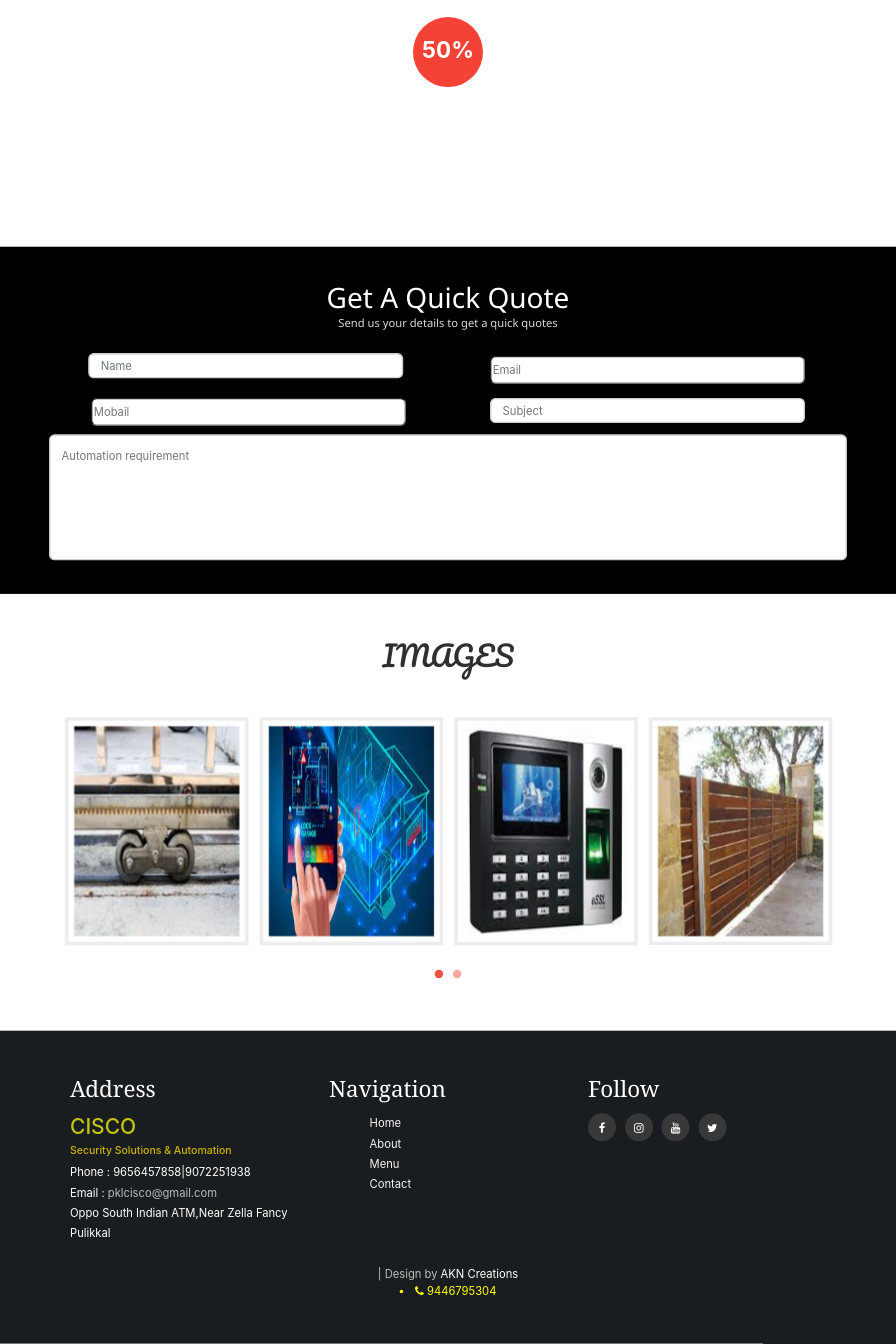
Repository: Nuhman123/Cisco
Page: index.html
These files come from the project's save history. The page is drawn as it stood at one moment and after a run of saves; the edit follows.
The browser window is 1280 px wide. The pictures show the part of the page from y = 2068 to 3988 px (the page is 3988 px tall before and 3954 px after), at 70% of full size.

Above is the page before, as saved 2021-04-10 16:49:03.

### index.html
<!--A Design by W3layouts
Author: W3layout
Author URL: http://w3layouts.com
License: Creative Commons Attribution 3.0 Unported
License URL: http://creativecommons.org/licenses/by/3.0/
-->
<!DOCTYPE html>
<html lang="en">
<head>
<title>CISCO security solutions & automation</title>
<meta name="viewport" content="width=device-width, initial-scale=1">
<meta http-equiv="Content-Type" content="text/html; charset=utf-8" />
<meta name="keywords" content="Royal Recipes Responsive web template, Bootstrap Web Templates, Flat Web Templates, Android Compatible web template,
Smartphone Compatible web template, free webdesigns for Nokia, Samsung, LG, SonyEricsson, Motorola web design" />
<script type="application/x-javascript"> addEventListener("load", function() { setTimeout(hideURLbar, 0); }, false); function hideURLbar(){ window.scrollTo(0,1); } </script>
<!-- bootstrap-css -->
<link href="css/bootstrap.css" rel="stylesheet" type="text/css" media="all" />
<!--// bootstrap-css -->
<!-- css -->
<link rel="stylesheet" href="css/style.css" type="text/css" media="all" />
<!--// css -->
<link rel="stylesheet" href="css/owl.carousel.css" type="text/css" media="all">
<link href="css/owl.theme.css" rel="stylesheet">
<!-- font-awesome icons -->
<link href="css/font-awesome.css" rel="stylesheet">
<!-- //font-awesome icons -->
<!-- font -->
<link href='//fonts.googleapis.com/css?family=Pacifico' rel='stylesheet' type='text/css'>
<link href='//fonts.googleapis.com/css?family=Open+Sans+Condensed:300,300italic,700' rel='stylesheet' type='text/css'>
<!-- //font -->
<script src="js/jquery-1.11.1.min.js"></script>
<script src="js/bootstrap.js"></script>
<script src="https://maxcdn.bootstrapcdn.com/bootstrap/4.0.0/js/bootstrap.min.js" integrity="sha384-JZR6Spejh4U02d8jOt6vLEHfe/JQGiRRSQQxSfFWpi1MquVdAyjUar5+76PVCmYl" crossorigin="anonymous"></script>
<link rel="stylesheet" href="https://maxcdn.bootstrapcdn.com/bootstrap/4.0.0/css/bootstrap.min.css" integrity="sha384-Gn5384xqQ1aoWXA+058RXPxPg6fy4IWvTNh0E263XmFcJlSAwiGgFAW/dAiS6JXm" crossorigin="anonymous">
<!-- light-box -->
<link rel="stylesheet" href="css/lightbox.css">
<!-- //light-box -->
<script src="js/SmoothScroll.min.js"></script>
<!--search jQuery-->
<script src="js/main.js"></script>
<!--//search jQuery-->
<script type="text/javascript">
	jQuery(document).ready(function($) {
		$(".scroll").click(function(event){
			event.preventDefault();
			$('html,body').animate({scrollTop:$(this.hash).offset().top},1000);
		});
	});
</script>

<script>
$(document).ready(function() {
	$("#owl-demo").owlCarousel({

		autoPlay: 3000, //Set AutoPlay to 3 seconds
		autoPlay:true,
		items : 4,
		itemsDesktop : [640,5],
		itemsDesktopSmall : [414,4]

	});

});
</script>
</head>
<body>
	<header class="header-1">
		<div class="container">
			<div class="row">
		<div class="col-xs-3">
			<img src="images/csc0log.png">
		</div>
		<div class="col-xs-5">
			<h1>CISCO</h1>
			<p>Security Solutions & Automation</p>
		</div>
		<div class="col-xs-4">
		<nav class="navbar navbar-expand-lg navbar-light">
			<button style="background-color:white;margin-top: 18px;" class="navbar-toggler" type="button" data-toggle="collapse" data-target="#navbarNavAltMarkup" aria-controls="navbarNavAltMarkup" aria-expanded="false" aria-label="Toggle navigation">
			  <span class="navbar-toggler-icon"></span>
			</button>
			<div class="collapse navbar-collapse" id="navbarNavAltMarkup" style="background-color: rgb(5, 7, 6);margin-top: 17px;">
			  <div class="navbar-nav text-center">
				<a class="nav-item nav-link active" href="index.html" style="color: white;">Home <span class="sr-only">(current)</span></a>
				<a class="nav-item nav-link" href="#services" style="color: white;">Services</a>
				<a class="nav-item nav-link" href="menu.html" style="color: white;z-index: 10;">Menu</a>
				<a class="nav-item nav-link" href="about.html" style="color: white;z-index: 10;">About</a>
				<a class="nav-item nav-link" href="contact.html" style="color: white;z-index: 10;">Condact</a>
			  </div>
			</div>
		  </nav>
		</div>
			</div>
		</div>
	</header>
	<!-- banner -->
	<div class="banner">
		<div class="header">
			<div class="container">
				<div class="logo">

				</div>
				<div class="clearfix"> </div>
			</div>
		</div>
		<div class="banner-slider">
			<div class="container">
				<div class="slider">
					<div class="callbacks_container">
						<ul class="rslides callbacks callbacks1" id="slider4">
							<li>
								<div class="agileits-banner-info">
									<img src="images/csc0log.png">
									<h3>CISCO</h3>
									<h5>Security Solutions & Automation</h5>
									<p>CCTV Installation,EPBAX,Home Automation,Automatic Gate,Video Door Phone,Access Control System,Security Alarm System,Solar System,Biometric AttendanceSystem</p>
									<a href="#services">Services</a>

								</div>
							</li>
							<li>
								<div class="agileits-banner-info">
									<h3>CCTV<br> Installation</h3>
									<p>CCTV Installation,EPBAX,Home Automation,Automatic Gate,Video Door Phone,Access Control System,Security Alarm System,Solar System,Biometric AttendanceSystem</p>
									<a href="#services">Services</a>

								</div>
							</li>
							<li>
								<div class="agileits-banner-info">
									<img src="images/csc0log.png">
									<h3>CISCO</h3>
									<p>CCTV Installation,EPBAX,Home Automation,Automatic Gate,Video Door Phone,Access Control System,Security Alarm System,Solar System,Biometric AttendanceSystem</p>
									<a href="#services">Services</a>
								</div>
							</li>
						</ul>
						<div class="social text-center">
							<ul>
								<li><a href="https://www.facebook.com/cisco_security_solutions-101064504984043/"><i class="fa fa-facebook"></i></a></li>
								<li><a href="https://www.instagram.com/cisco_security_solutions?r=nametag"><i class="fa fa-instagram"></i></a></li>
								<li><a href="https://youtube.com/channel/UCSI_CHHL5nW7fggODaksUw"><i class="fa fa-youtube"></i></a></li>
								<li><a href="https://twitter.com"><i class="fa fa-twitter"></i></a></li>
							</ul>
						</div>
					</div>
					<script src="js/responsiveslides.min.js"></script>
					<script>
						// You can also use "$(window).load(function() {"
						$(function () {
						  // Slideshow 4
						  $("#slider4").responsiveSlides({
							auto: true,
							pager:true,
							nav:false,
							speed: 500,
							namespace: "callbacks",
							before: function () {
							  $('.events').append("<li>before event fired.</li>");
							},
							after: function () {
							  $('.events').append("<li>after event fired.</li>");
							}
						  });

						});
					 </script>
					<!--banner Slider starts Here-->
				</div>
			</div>
		</div>
	</div>
	<!-- banner -->
	<!-- services -->
	<section class="bg-light p-4 mt-5" id="services">
		<div class="container">
		  <h1 class="services text-center">Our Services</h1>
		  <div class="row">
			<div class="col-lg-4 col-md-6 pt-3">
			  <div class="card text-center">
				<div class="card-body">
				  <h5 class="card-title">CCTV Installation</h5>
				  <p class="card-text">
					CCTV systems may operate continuously or only as required to monitor a particular event. A more advanced form of CCTV, using digital video recorders (DVRs), provides recording for possibly many years, with a variety of quality and performance options and extra features (such as motion detection and email alerts).
					</p>
				</div>
			  </div>
			</div>
			<div class="col-lg-4 col-md-6 pt-3">
			  <div class="card text-center ">

				<div class="card-body">
				  <h5 class="card-title">EPBAX</h5>
				  <p class="card-text">EPABX stands for Electronic Private Automatic Branch Exchange which is a private telephone network used by the organizations and the companies for various types of communication, either between the employees or outside the clients.</p>
				</div>
			  </div>
			</div>
			<div class="col-lg-4 col-md-6 pt-3">
			  <div class="card text-center ">

				<div class="card-body">
				  <h5 class="card-title">Home Automation</h5>
				  <p class="card-text"> home automation system integrates all the electrical devices in the house with each other, it includes centralized control of lighting, HVAC(Heat, ventilation and air conditioning) appliances, security locks and other systems to improve comfort, conveniences, security and energy efficiency.</p>
				</div>
			  </div>
			</div>
			<div class="col-lg-4 col-md-6 pt-3">
			  <div class="card text-center">
				<div class="card-body">
				  <h5 class="card-title">Automatic Gate</h5>
				  <p class="card-text"></p>
				</div>
			  </div>
			</div>
			<div class="col-lg-4 col-md-6  pt-3">
			  <div class="card text-center">
				<div class="card-body">
				  <h5 class="card-title">Video Door Phone</h5>
				  <p class="card-text">video door phone lets you see and communicate with the visitor without being physically present on the door. After knowing the purpose of visit and if required, you can choose to open the door or keep it closed. So, the video door phone is a great system to ensure the safety and security of your family and home.</p>
				</div>
			  </div>
			</div>
			<div class="col-lg-4 col-md-6  pt-3">
			  <div class="card text-center ">
				<div class="card-body">
				  <h5 class="card-title">Access Control System</h5>
				  <p class="card-text"></p>
				</div>
			  </div>
			</div>
			<div class="col-lg-4 col-md-6  pt-3">
				<div class="card text-center ">
				  <div class="card-body">
					<h5 class="card-title">Security Alarm System</h5>
					<p class="card-text"></p>
				  </div>
				</div>
			  </div>
			  <div class="col-lg-4 col-md-6  pt-3">
				<div class="card text-center ">
				  <div class="card-body">
					<h5 class="card-title">Solar System</h5>
					<p class="card-text">The Solar System is made up of all the planets that orbit our Sun. In addition to planets, the Solar System also consists of moons, comets, asteroids, minor planets, dust and gas. The inner solar system contains the Sun, Mercury, Venus, Earth and Mars. ... Everything in the Solar System orbits or revolves around the Sun.</p>
				  </div>
				</div>
			  </div>
			  <div class="col-lg-4 col-md-6  pt-3">
				<div class="card text-center ">
				  <div class="card-body">
					<h5 class="card-title">Biometric Attendance System</h5>
					<p class="card-text"></p>
				  </div>
				</div>
			  </div>
		  </div>
		</div>
	  </section>
	<!-- //services -->
	<!-- offer -->
	<div class="jarallax offer">
		<div class="container">
			<div class="w3l-offer-heading">
				<h3>Today Offers</h3>
			</div>
			<div class="w3ls-offer-slider">
				<div class="slider">
					<div class="callbacks_container">
						<ul class="rslides callbacks callbacks1" id="slider3">
							<li>
								<div class="agileinfo-offer-grid">
									<h4>45<span>%</span></h4>
									<h5>Pork Vindaloo</h5>
									<p>Quisque scelerisque rutrum nunc, eget hendrerit diam porta efficitur. Duis bibendum consequat est, sed efficitur arcu. Morbi viverra, leo sit amet vestibulum dignissim, tortor est dignissim dolor, eu accumsan est urna id felis. </p>
								</div>
							</li>
							<li>
								<div class="agileinfo-offer-grid">
									<h4>50%</h4>
									<h5>Phaal Curry</h5>
									<p>Vestibulum euismod porttitor interdum. Vivamus porta consectetur nulla porttitor hendrerit. Pellentesque ultrices augue ut nibh feugiat, nec egestas orci cursus. Sed vehicula quis erat sed lobortis. Curabitur eleifend sit amet.</p>
								</div>
							</li>
							<li>
								<div class="agileinfo-offer-grid">
									<h4>64%</h4>
									<h5>Laal Maas</h5>
									<p>Aenean volutpat auctor ultrices. Aliquam ac turpis ultrices, porta enim at, interdum velit. Ut ligula justo, sodales eu nisi a, molestie dictum leo. Sed blandit porta ante, at consequat nulla fermentum a. Donec aliquet tristique.</p>
								</div>
							</li>
						</ul>
					</div>
					<script>
						// You can also use "$(window).load(function() {"
						$(function () {
						  // Slideshow 4
						  $("#slider3").responsiveSlides({
							auto: true,
							pager:false,
							nav:false,
							speed: 500,
							namespace: "callbacks",
							before: function () {
							  $('.events').append("<li>before event fired.</li>");
							},
							after: function () {
							  $('.events').append("<li>after event fired.</li>");
							}
						  });

						});
					 </script>
					<!--banner Slider starts Here-->
				</div>
			</div>
			<script src="js/jarallax.js"></script>
		</div>
	</div>
	<!-- //offer -->
	<section class="form-quote">
		<div class="container">
		<div class="contact-form">
			<h3>Get A Quick Quote</h3>
			<p class="" >Send us your details to get a quick quotes</p>
			<form>
				<div class="row"align="center">
					<div class="col-xs-12 col-sm-12 col-lg-6">
						<input type="text" placeholder="Name" class="form-control" style="width: 450px;background: white;height: 30px;border-radius: 8px;">
					</div>
					<div class="col-xs-12 col-sm-12 col-lg-6">
						<input type="email" placeholder="Email" style="width: 450px;background: white;margin: 4px; height: 40px;border-radius: 8px;">
					</div>
					<div class="col-xs-12 col-sm-12 col-md-12 col-lg-6">
						<input type="tel" placeholder="Mobail" style="width: 450px;background: white;margin: 12px; height: 40px;border-radius: 8px;">
					</div>
					<div class="col-xs-12 col-sm-12 col-md-12 col-lg-6">
						<input type="text" placeholder="Subject" style="width: 450px;background: white;margin: 12px; height: 30px;border-radius: 8px;">
					</div>
					<div></div>
					<textarea cols="30" rows="6" style="background: white;border-radius: 8px;" placeholder="Automation requirement"></textarea>

				</div>
			  </form>
		</div>
			</div>
	</section>
	<!-- special -->
	<div class="special">
		<div class="container">
			<div class="wthree-special-heading">
				<h3>IMAGES</h3>
			</div>
			<div class="special-grids">
				<div id="owl-demo" class="owl-carousel owl-theme">
						<div class="item">
							<div class="w3-agileits-special-grid-info">
								<img src="images/289c9c264087cddc084383969cd6e19f.jpg" alt="" />
							</div>
						</div>
						<div class="item">
							<div class="w3-agileits-special-grid-info">
								<img src="images/ghy.jfif" alt="" />

							</div>
						</div>
						<div class="item">
							<div class="w3-agileits-special-grid-info">
								<img src="images/h automations.jfif" alt="" />

							</div>
						</div>
						<div class="item">
							<div class="w3-agileits-special-grid-info">
								<img src="images/bio2.jfif" alt="" />
							</div>
						</div>
						<div class="item">
							<div class="w3-agileits-special-grid-info">
								<img src="images/guf.jfif" alt="" />

							</div>
						</div>
						<div class="item">
							<div class="w3-agileits-special-grid-info">
								<img src="images/epbax.jpeg" alt="" />

							</div>
						</div>
						<div class="item">
							<div class="w3-agileits-special-grid-info">
								<img src="images/h automations.jfif4.jfif" alt="" />

							</div>
						</div>
						<div class="item">
							<div class="w3-agileits-special-grid-info">
								<img src="images/cctv3.jpg" alt="" />

							</div>
						</div>
				</div>
			</div>
		</div>
	</div>
	<!-- //special -->
	<!-- footer -->
	<div class="w3-agile-footer">
		<div class="container">
			<div class="footer-grids">
				<div class="col-md-4 footer-grid">
					<div class="footer-grid-heading">
						<h4>Address</h4>
					</div>
					<div class="footer-grid-info">
						<h1 class="">CISCO</h1>
					<h4 class="">Security Solutions & Automation</h4>
					</di>
					<p class="phone">Phone : 9656457858|9072251938
						<span>Email : <a href="pklcisco@gmail.com">pklcisco@gmail.com</a></span>
					</p>
					<p>Oppo South Indian ATM,Near Zella Fancy 	Pulikkal </p>
				</div>

				</div>
				<div class="col-md-4 footer-grid">
					<div class="footer-grid-heading">
						<h4>Navigation</h4>
					</div>
					<div class="footer-grid-info">
						<ul class="">
							<li><a href="index.html">Home</a></li>
							<li><a href="about.html">About</a></li>
							<li><a href="menu.html">Menu</a></li>
							<li><a href="contact.html">Contact</a></li>
						</ul>
					</div>
				</div>
				<div class="col-md-4 footer-grid">
					<div class="footer-grid-heading">
						<h4>Follow</h4>
					</div>
					<div class="social">
						<ul>
							<li><a href="https://www.facebook.com/cisco_security_solutions-101064504984043/"><i class="fa fa-facebook"></i></a></li>
							<li><a href="https://www.instagram.com/cisco_security_solutions?r=nametag"><i class="fa fa-instagram"></i></a></li>
							<li><a href="https://youtube.com/channel/UCSI_CHHL5nW7fggODaksUw"><i class="fa fa-youtube"></i></a></li>
							<li><a href="https://twitter.com"><i class="fa fa-twitter"></i></a></li>
						</ul>
					</div>
				<div class="clearfix"> </div>
			</div>
		</div>
	</div>
	<div class="agileits-w3layouts-copyright">
		<p>| Design by <a href=""> AKN Creations </a> </p>
		<li style="color: yellow;"><i  class="fa fa-phone" aria-hidden="true"></i> 9446795304</li>
	</div>
	</div>
	<!-- //footer -->
	<script src="js/owl.carousel.js"></script>
	<script type="text/javascript" src="js/move-top.js"></script>
	<script type="text/javascript" src="js/easing.js"></script>
	<!-- here stars scrolling icon -->
	<script type="text/javascript">
		$(document).ready(function() {
			/*
				var defaults = {
				containerID: 'toTop', // fading element id
				containerHoverID: 'toTopHover', // fading element hover id
				scrollSpeed: 1200,
				easingType: 'linear'
				};
			*/

			$().UItoTop({ easingType: 'easeOutQuart' });

			});
	</script>
<!-- //here ends scrolling icon -->
<script type="text/javascript">
			/* init Jarallax */
			$('.jarallax').jarallax({
				speed: 0.5,
				imgWidth: 1366,
				imgHeight: 768
			})
		</script>
</body>
</html>

Loaded but not shown: css/bootstrap.css (library); css/owl.carousel.css (common file); css/owl.theme.css (common file); css/font-awesome.css (library); js/jquery-1.11.1.min.js (library); js/bootstrap.js (library); css/lightbox.css (library); js/SmoothScroll.min.js (library); js/responsiveslides.min.js (library); js/owl.carousel.js (library); js/jarallax.js (433 lines, source omitted); js/easing.js (140 lines, source omitted); js/main.js (100 lines, source omitted); js/move-top.js (5 lines, source omitted); css/style.css (2111 lines, source omitted)

After the next 6 saves:
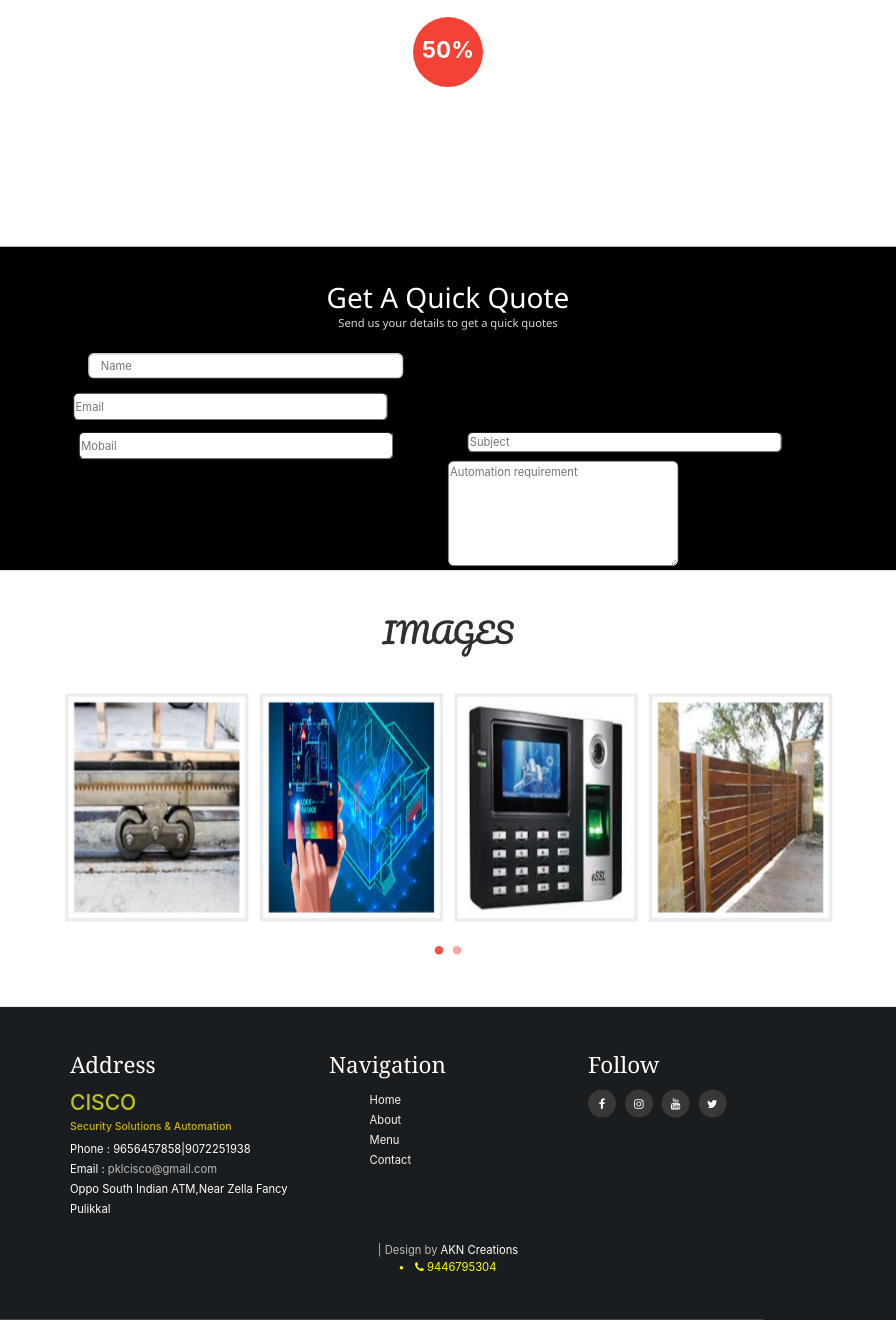
The 6 saves are shown as one change because they came seconds apart.
The last was saved 70 s later.
--- a/index.html
+++ b/index.html
@@ -323,12 +323,14 @@
 			<p class="" >Send us your details to get a quick quotes</p>
 			<form>
 				<div class="row"align="center">
+					<di
 					<div class="col-xs-12 col-sm-12 col-lg-6">
 						<input type="text" placeholder="Name" class="form-control" style="width: 450px;background: white;height: 30px;border-radius: 8px;">
 					</div>
 					<div class="col-xs-12 col-sm-12 col-lg-6">
 						<input type="email" placeholder="Email" style="width: 450px;background: white;margin: 4px; height: 40px;border-radius: 8px;">
 					</div>
+				</div>
 					<div class="col-xs-12 col-sm-12 col-md-12 col-lg-6">
 						<input type="tel" placeholder="Mobail" style="width: 450px;background: white;margin: 12px; height: 40px;border-radius: 8px;">
 					</div>
